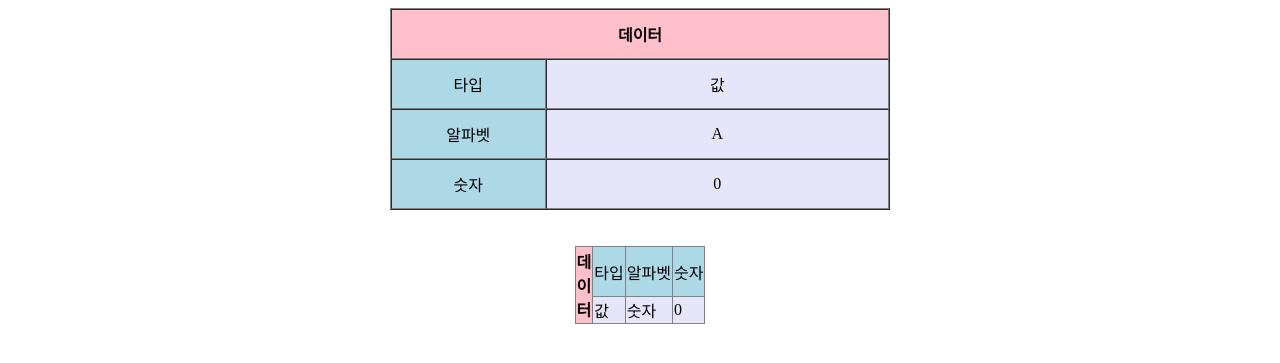
Repository: sangah-park98/jsp-class
Page: k20230503_1_html/src/main/webapp/23_table_tr_th_td.html
An editor plug-in stored every save of this project. The page is shown before and after the next save, followed by the edit.
The browser window is 1280 px wide. The pictures show the whole page.

Above is the page before, as saved 2023-05-04 04:10:26.

### k20230503_1_html/src/main/webapp/23_table_tr_th_td.html
<!DOCTYPE html>
<html>
<head>
<meta charset="UTF-8">
<title>table</title>
<link rel="stylesheet" href="./css/23_tableStyle.css">
</head>
<body>

<!--
	<table> 태그는 행과 열로 이루어진 표를 만든다.
	width 속성은 표의 전체 너비를 지정한다.
	border 속성은 표의 전체 선 두께를 지정한다.
	align 속성은 표의 정렬 방식을 지정한다.
	cellspacing 속성은 표를 구성하는 선과 선 사이의 여백을 지정한다. 셀과 셀 사이의 간격
	cellpadding 속성은 표를 구성하는 선과 셀 내부에 입력된 내용과의 여백을 지정한다. 안여백
	bgcolor 속성은 표 전체의 배경색을 지정한다.

	<tr> 태그는 표를 구성하는 행을 만든다.
	height 속성은 행의 높이를 지정한다.
	bgcolor 속성은 행 전체의 배경색을 지정한다.

	<th> 태그는 행을 구성하는 열을 만든다. 첫 줄(머리글 행)이나 첫 열을 만든다. 텍스트가 굵게, 가운데 정렬된다.
	colspan 속성은 열을 합친다.
	rowspan 속성은 행을 합친다.
	width 속성은 열의 전체 너비를 지정한다.
	bgcolor 속성은 열의 배경색을 지정한다.

	<td> 태그는 행을 구성하는 열을 만든다. <th> 태그로 만든 열을 제외한 나머지 열을 만든다.
	colspan 속성은 열을 합친다.
	rowspan 속성은 행을 합친다.
	width 속성은 열의 전체 너비를 지정한다.
	bgcolor 속성은 열의 배경색을 지정한다.
	align 속성은 열 내부의 정렬 방식을 지정한다.

-->

<table width="500" border="1" align="center" cellspacing="0" cellpadding="5" bgcolor="pink">

	<tr height="50">
		<th colspan="2">
			데이터
		</th>
	</tr>
	<tr height="50" bgcolor="lavender">
		<td width="150" align="center" bgcolor="lightblue">타입</td>
		<td width="350" align="center">값</td>
	</tr>
	<tr height="50" bgcolor="lavender">
		<td align="center" bgcolor="lightblue">알파벳</td>
		<td align="center">A</td>
	</tr>
	<tr height="50" bgcolor="lavender">
		<td align="center" bgcolor="lightblue">숫자</td>
		<td align="center">0</td>
	</tr>

</table><br><br>

<table id="table" border="1" align="center">
	<tr class="tr">
		<th class="th" rowspan="2">데이터</th>
		<td class="td">타입</td>
		<td class="td">알파벳</td>
		<td class="td">숫자</td>
	</tr class="tr">
	<tr>
		<td class="td2">값</td>
		<td class="td2">숫자</td>
		<td class="td2">0</td>
	</tr>

</table>


</body>
</html>

### k20230503_1_html/src/main/webapp/css/23_tableStyle.css
table#table {
	/* 셀 사이의 빈 여백을 없애고 합쳐진다. */
	border-collapse: collapse;
}

tr.tr {
	height: 50px;
}

th.th {
	background-color: pink;
	width: 5px;

}

td.td {
	background-color: lightblue;
}

td.td2 {
	background-color: lavender;

}

After the next save:
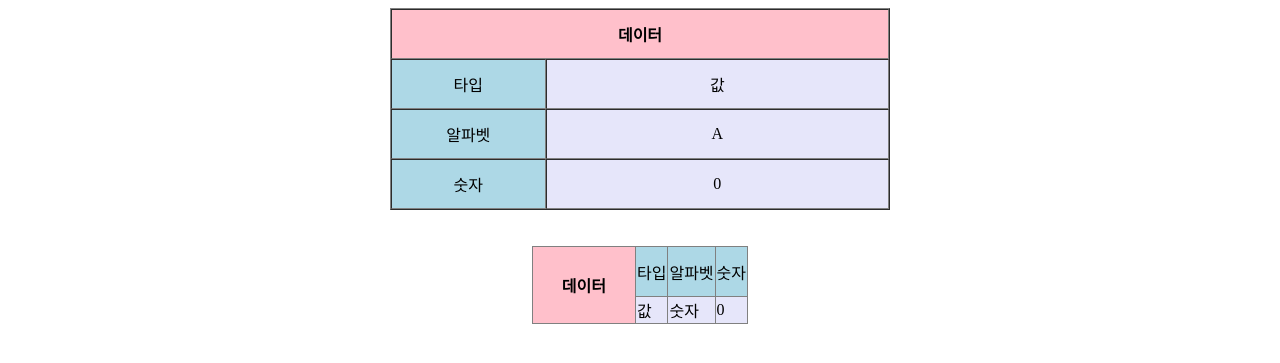
Saved 12 s later.
--- a/k20230503_1_html/src/main/webapp/css/23_tableStyle.css
+++ b/k20230503_1_html/src/main/webapp/css/23_tableStyle.css
@@ -9,7 +9,7 @@ tr.tr {
 
 th.th {
 	background-color: pink;
-	width: 5px;
+	width: 100px;
 
 }
 
